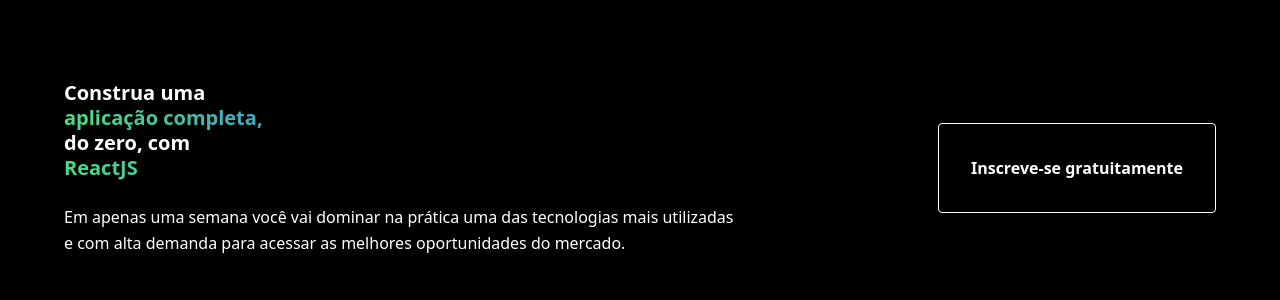
Repository: LuisSempre/Ignite-Lab---ReactJs-2022
Page: /
The author's editor kept a copy of each file at every save. The page is drawn from the files as they stood at one save, then again after the next save.
The browser window is 1280 px wide. The pictures show the whole page.
The project was rebuilt for these pictures with package versions that can differ from the ones it lists, and the page was loaded fresh each time. Also part of the build but not shown: vite.config.ts, components/Header.tsx, components/Lesson.tsx, components/Sidebar.tsx, pages/Event.tsx. Imported but missing from the stored project, and not drawn on this page: components/Video.

Above is the page before, as saved 2022-06-24 23:50:41.

After the next save:
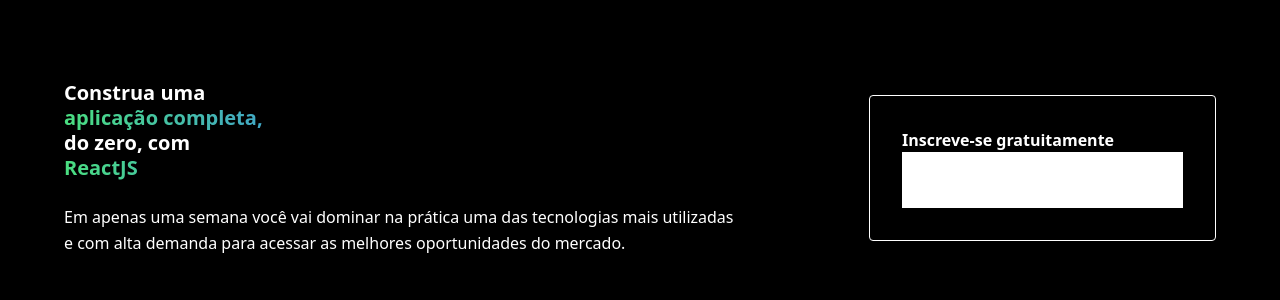
Saved 48 s later.
--- a/pages/Subscribe.tsx
+++ b/pages/Subscribe.tsx
@@ -21,7 +21,7 @@
                 <div className="p-8 border border-white rounded">
                     <strong>Inscreve-se gratuitamente</strong>
                     <form action="" className="flex flex-col w-full gap-2">
-
+                        <input className="px-6 border border-white h-14" type="text" />
                     </form>
                 </div>
             </div>
